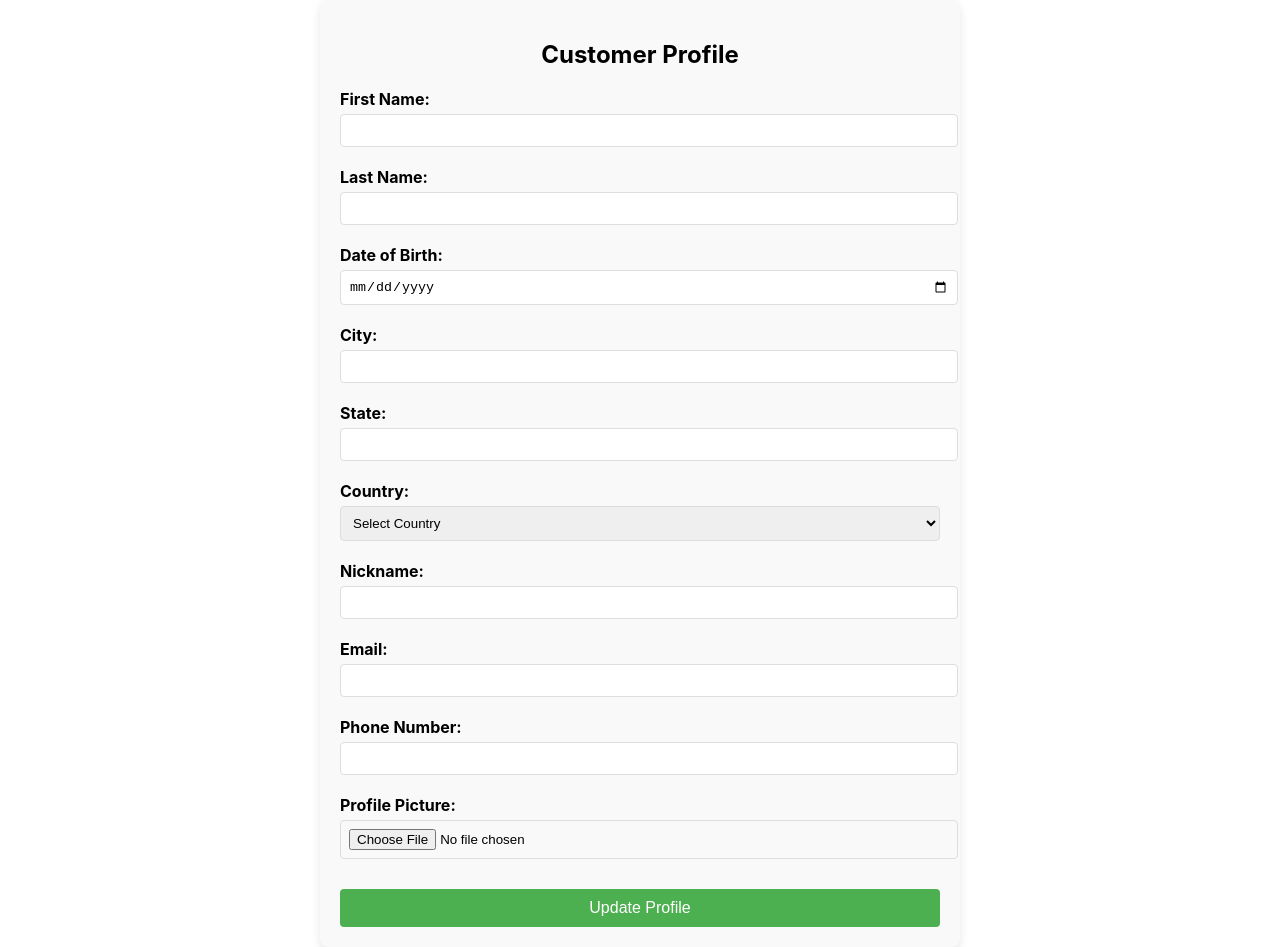
Repository: hamsaram14/dummy4
Page: / (app in frontend1/)
The author's editor kept a copy of each file at every save. The page is drawn from the files as they stood at one save, then again after the next save.
The browser window is 1280 px wide. The pictures show the whole page.
The page's requests for data from a server got no answer. The project was rebuilt for these pictures with package versions that can differ from the ones it lists, and the page was loaded fresh each time. No one was signed in, and anything a server would have sent is missing. Also part of the build but not shown: frontend1/src/components/SignUpComponent.js, frontend1/src/components/LoginComponent.js.

Above is the page before, as saved 2024-10-11 17:31:18.

After the next save:
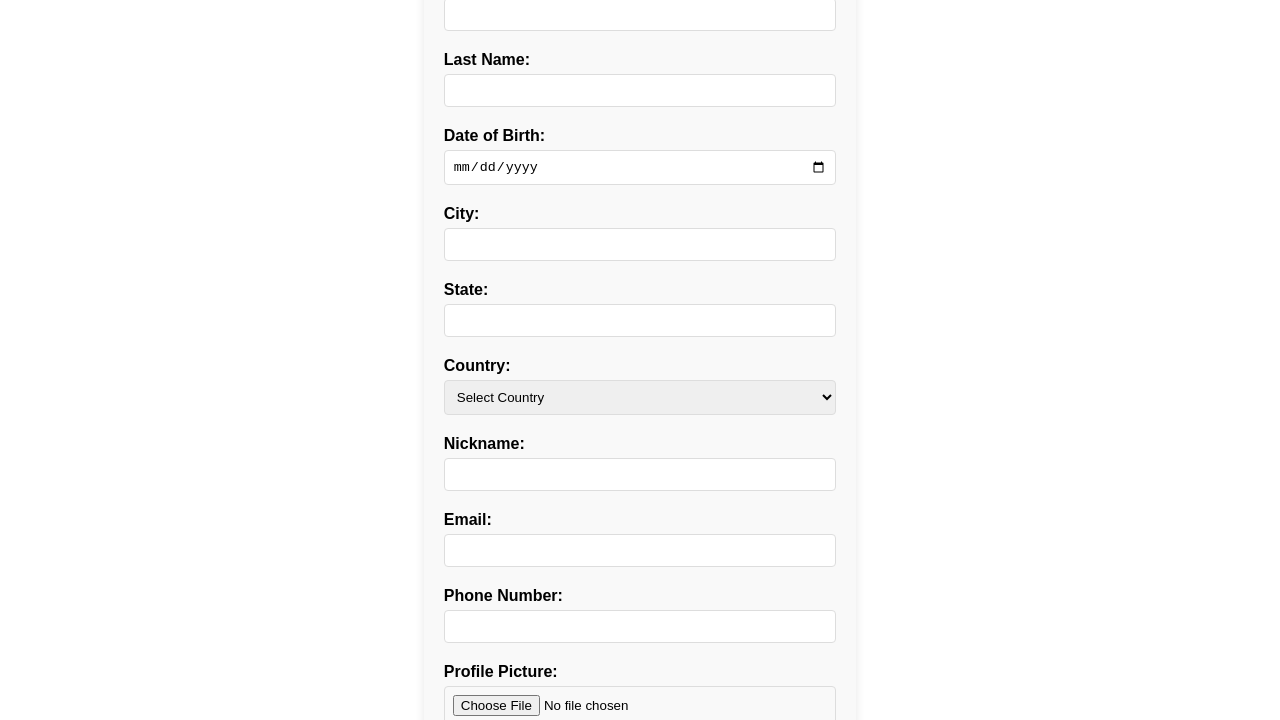
Saved 29 s later.
--- a/frontend1/src/App.js
+++ b/frontend1/src/App.js
@@ -27,10 +27,11 @@
 export default App; */}
 
 
-// src/App.js
 import React from 'react';
 import { BrowserRouter as Router, Route, Routes } from 'react-router-dom';
-import ProfilePage from '../../frontend1/src/components/ProfilePage';
+import SignUpComponent from './components/SignUpComponent';
+import LoginComponent from './components/LoginComponent';
+import ProfilePage from './components/ProfilePage';
 
 function App() {
     return (
